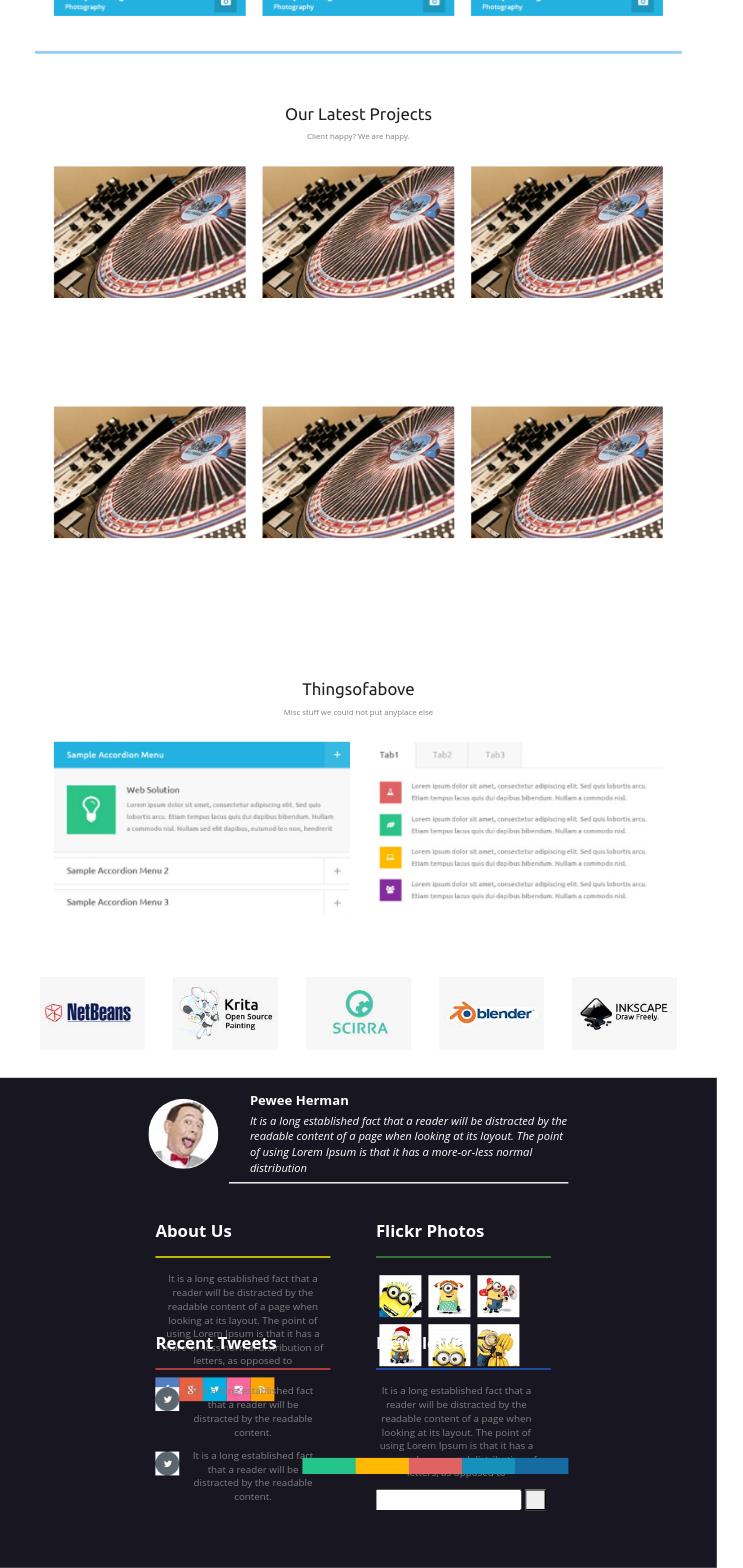
Repository: RenataDzotova/Metrolics-Renata-Beyonce
Page: index.html
These files come from the project's save history. The page is drawn as it stood at one moment and after the next save; the edit follows.
The browser window is 1024 px wide. The page is 1062 px wide, so the pictures cover 1062 px, including what lies to the right of the window. The pictures show the part of the page from y = 1634 to 3874 px (the page is 3874 px tall), at 70% of full size.
Some web fonts or font styles are not loaded; a fallback is used.

Above is the page before, as saved 2022-02-02 17:59:32.

After the next save:
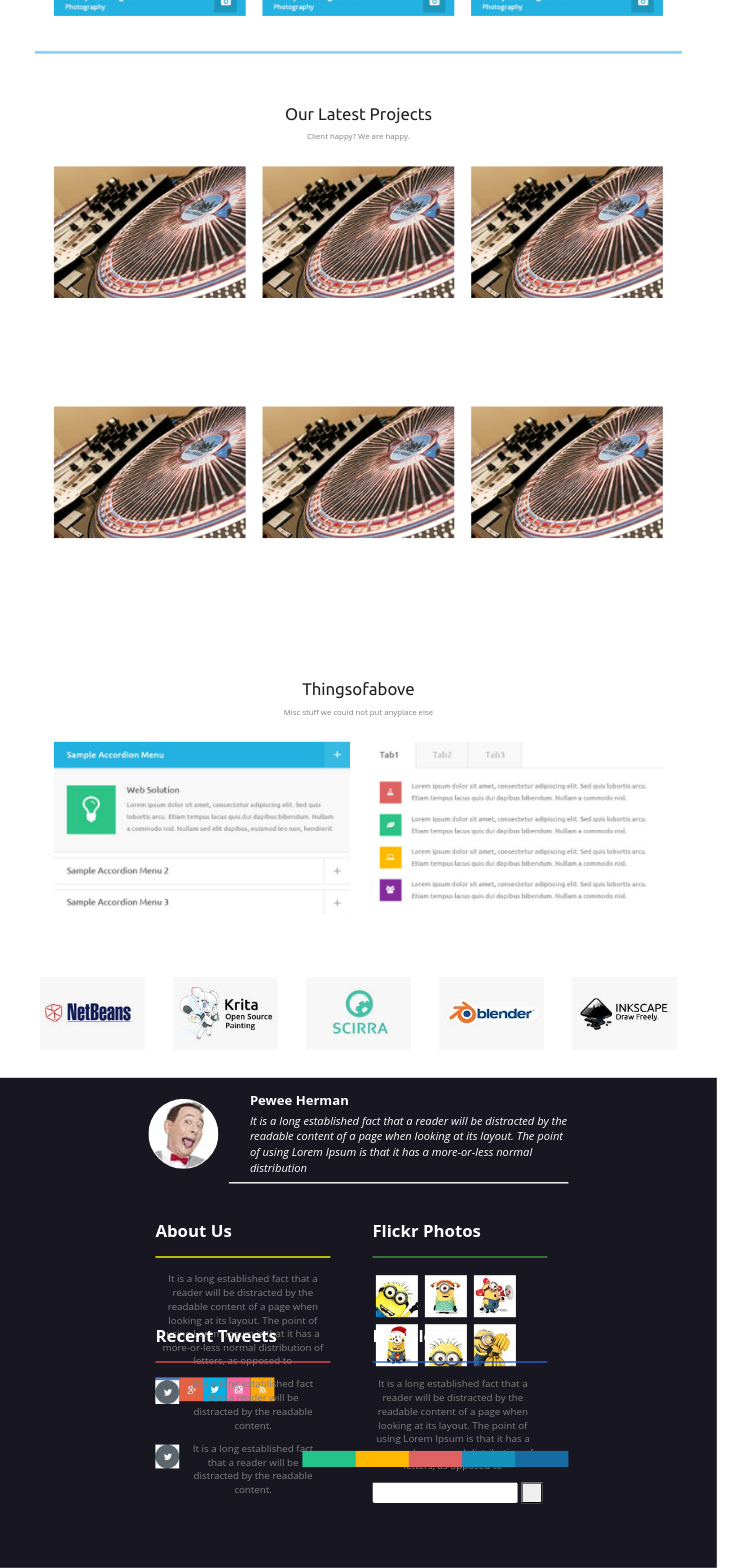
Saved 98 s later.
--- a/css/renata.css
+++ b/css/renata.css
@@ -393,7 +393,7 @@
         grid-template-columns: auto auto;
         grid-template-rows: 150px 150px;
         width: 600px;
-        grid-gap: 10px;
+        grid-gap: 10px 5opx;
         padding: 10px;
     }
 
